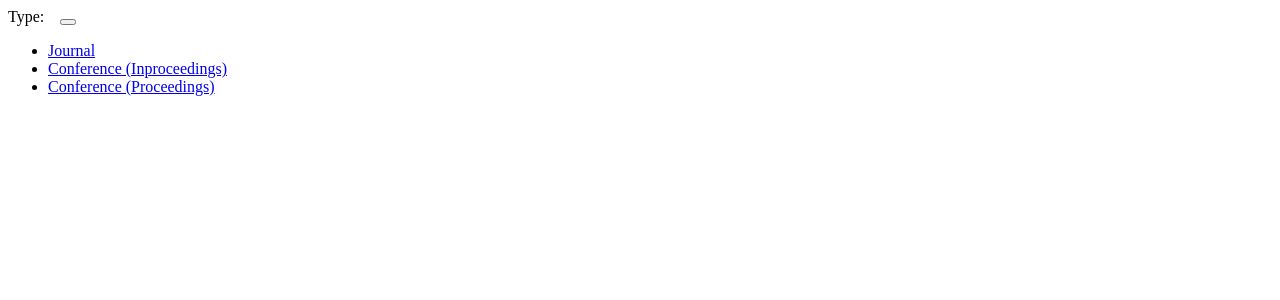
Repository: iancwwong/DigitalBibliographicalLibrary
Page: http://localhost/DigitalBibliographicLibrary/include/advancedsearch.jsp
An editor plug-in stored every save of this project. The page is shown before and after the next save, followed by the edit.
The browser window is 1280 px wide. The pictures show the whole page.
The page is served by Tomcat 9.

Above is the page before, as saved 2016-08-30 00:12:33.

After the next save:
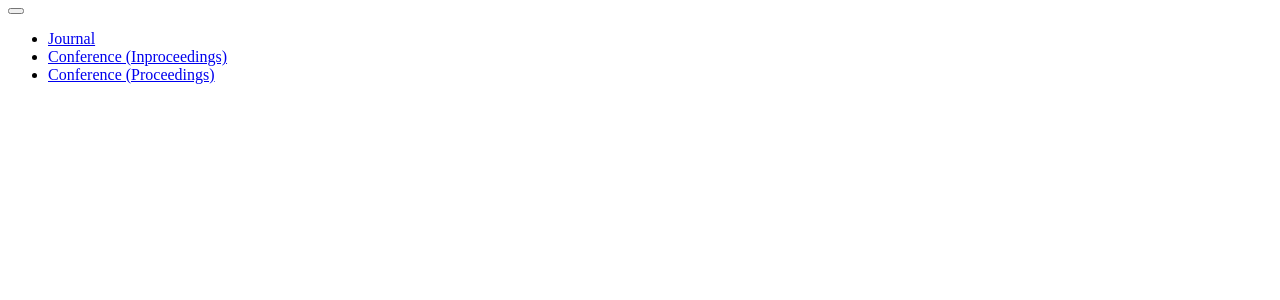
Saved 63 s later.
--- a/DigitalBibliographicLibrary/WebContent/include/advancedsearch.jsp
+++ b/DigitalBibliographicLibrary/WebContent/include/advancedsearch.jsp
@@ -2,7 +2,6 @@
 
 	<%-- Offer different types of publications --%>
 	<div class="dropdown">
-		Type: &nbsp;&nbsp;
 		<button class="btn btn-default dropdown-toggle" type="button" data-toggle="dropdown">
 			<span class="caret"></span>
 		</button>

After the save that followed:
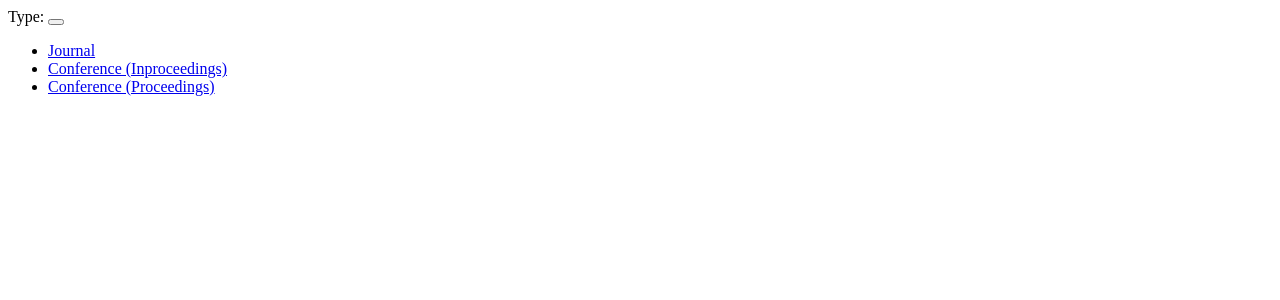
Saved 4 s later.
--- a/DigitalBibliographicLibrary/WebContent/include/advancedsearch.jsp
+++ b/DigitalBibliographicLibrary/WebContent/include/advancedsearch.jsp
@@ -2,6 +2,7 @@
 
 	<%-- Offer different types of publications --%>
 	<div class="dropdown">
+		<label class=control-label col-sm-2">Type:</label>
 		<button class="btn btn-default dropdown-toggle" type="button" data-toggle="dropdown">
 			<span class="caret"></span>
 		</button>
